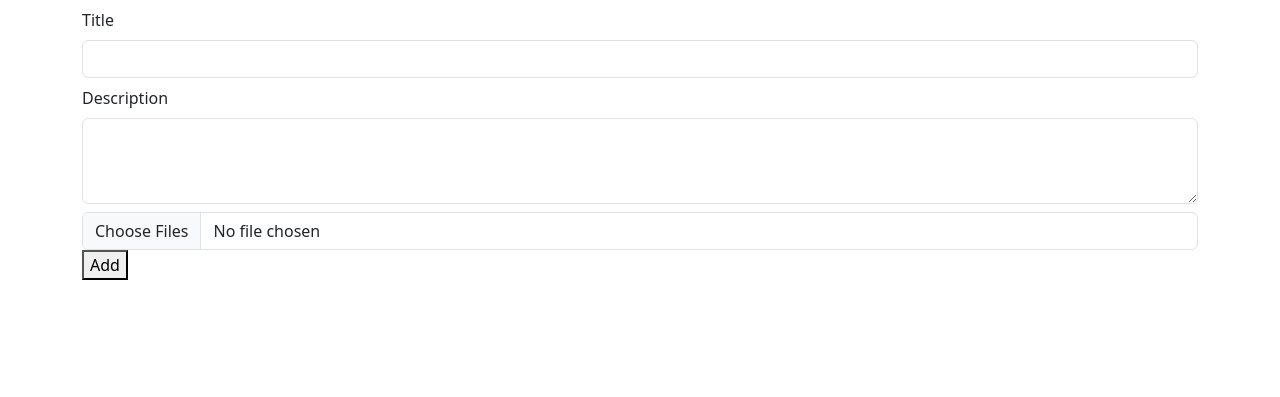
Repository: wasimalbokae2000/blogs
Page: http://localhost/posts/create
These files come from the project's save history. The page is drawn as it stood at one moment and after the next save; the edit follows.
The browser window is 1280 px wide. The pictures show the whole page.
The page is served by the project's Laravel application, run on PHP 8.4 with Laravel 12. Other server files are loaded and not shown.

Above is the page before, as saved 2024-11-27 23:17:10.

### routes/web.php
<?php

use Illuminate\Support\Facades\Route;
use App\Http\Controllers\PostController;
Route::get('/', function () {
    return view('welcome');
});

Route::get('/posts', [PostController::class, "index"])->name("posts");
Route::get('/posts/create', [PostController::class, "create"] )->name("posts.create");
Route::POST('/posts/store', [PostController::class, "store"] )->name("posts.store");
Route::get('/posts/show/id={id?}', [PostController::class, "show"] )->name("posts.show");
Route::get('/posts/edit/id={id?}', [PostController::class, "edit"] )->name("posts.edit");
Route::POST('/posts/update/id={id?}', [PostController::class, "update"] )->name("posts.update");
Route::get('/posts/delete/id={id?}', [PostController::class, "destroy"] )->name("posts.delete");

### app/Http/Controllers/PostController.php
<?php

namespace App\Http\Controllers;

use App\Models\Post;
use Illuminate\Http\Request;

class PostController extends Controller
{
    /**
     * Display a listing of the resource.
     */
    public function index()
    {
        $posts=Post::all();
        return view("posts.index",compact("posts"));
    }

    /**
     * Show the form for creating a new resource.
     */
    public function create()
    {
        return view("posts.create");
    }

    /**
     * Store a newly created resource in storage.
     */
    public function store(Request $request)
    {

        $arr_images=array();
        if($images=$request->file("image"))
        {
            foreach($images as $image)
            {
                $imgName=$image->getClientOriginalName() . '-'. uniqid() . '.'.$image->getClientOriginalExtension();
                $arr_images[]=$imgName;
                 $image->move(public_path("/images"),$imgName);
            }
            // $imgName=$request->file("image")->getClientOriginalName() . '-'. uniqid() . '.'.$request->file("image")->getClientOriginalExtension();
        }
        $p=Post::create([
            "title"=>$request->title,
            "description"=>$request->description,
            "image"=>implode('|',$arr_images)
            ]);
        if($p)
        return redirect()->route('posts');
        return view("posts.index");
    }

    /**
     * Display the specified resource.
     */
    public function show($id)
    {
        $post=Post::find($id);
        return view("posts.show",compact("post"));
    }
    public function showForEdit($id)
    {

    }

    /**
     * Show the form for editing the specified resource.
     */
    public function edit($id)
    {
        $post=Post::find($id);
        return view("posts.edit",compact("post"));
    }

    /**
     * Update the specified resource in storage.
     */
    public function update(Request $request, $id)
    {
        $post=POST::find($id);
        $post->title=$request->title;
        $post->description=$request->description;
        if($request->hasFile("image"))
        {
            $imgName=$request->file("image")->getClientOriginalName() . '-'. uniqid() . '.'.$request->file("image")->getClientOriginalExtension();
           $request->file("image")->move(public_path("/images"),$imgName);
           $post->image=$imgName;
        }
        $post->save();
        return redirect()->route('posts');
    }

    /**
     * Remove the specified resource from storage.
     */
    public function destroy($id)
    {
        $post = Post::find($id);
        $post->delete();
        return redirect()->route('posts');
    }
}

### resources/views/posts/create.blade.php
<link href="https://cdn.jsdelivr.net/npm/bootstrap@5.3.3/dist/css/bootstrap.min.css" rel="stylesheet" integrity="sha384-QWTKZyjpPEjISv5WaRU9OFeRpok6YctnYmDr5pNlyT2bRjXh0JMhjY6hW+ALEwIH" crossorigin="anonymous">

<div class="container">
    <form action="{{ route("posts.store") }}" enctype="multipart/form-data" method="POST">
        @method("POST")
        @csrf
        <div class="mt-2 mb-2">
            <label for="title" class="form-label">Title</label>
            <input  class="form-control" id="title" >
        </div>
        <div class="mt-2 mb-2">
            <label for="description" class="form-label">Description</label>
            <textarea class="form-control" id="description" rows="3"></textarea>
        </div>

        <input class="form-control" type="file" name="image[]" multiple>
        <button type="submit">Add</button>
    </form>
</div>

<script src="https://cdn.jsdelivr.net/npm/bootstrap@5.3.3/dist/js/bootstrap.bundle.min.js" integrity="sha384-YvpcrYf0tY3lHB60NNkmXc5s9fDVZLESaAA55NDzOxhy9GkcIdslK1eN7N6jIeHz" crossorigin="anonymous"></script>

Loaded but not shown: app/Http/Controllers/Controller.php (common file)

After the next save:
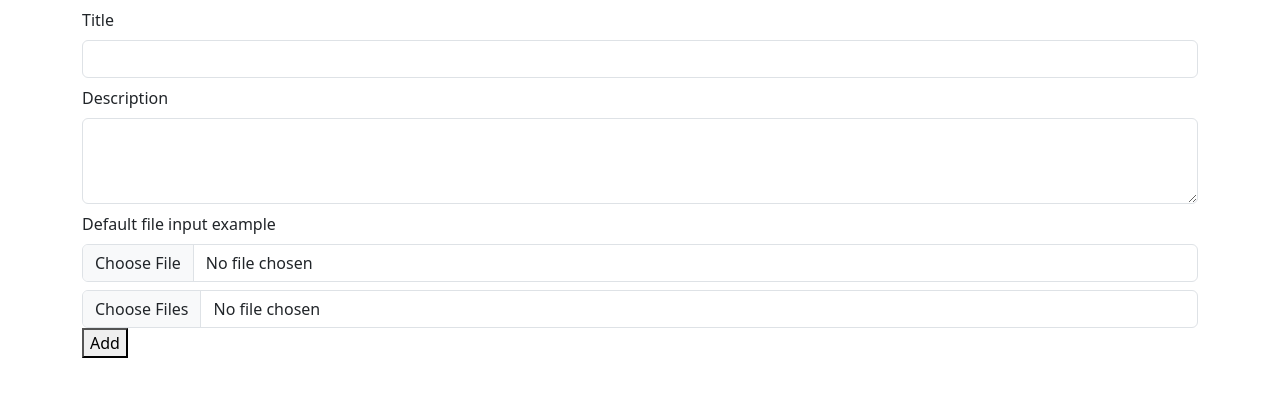
Saved 93 s later.
--- a/resources/views/posts/create.blade.php
+++ b/resources/views/posts/create.blade.php
@@ -12,8 +12,11 @@
             <label for="description" class="form-label">Description</label>
             <textarea class="form-control" id="description" rows="3"></textarea>
         </div>
-
-        <input class="form-control" type="file" name="image[]" multiple>
+        <div class="mt-2 mb-2">
+            <label for="image" class="form-label">Default file input example</label>
+            <input class="form-control" type="file" id="formFile">
+        </div>
+        <input class="form-control" type="file" id="image" name="image[]" multiple>
         <button type="submit">Add</button>
     </form>
 </div>
